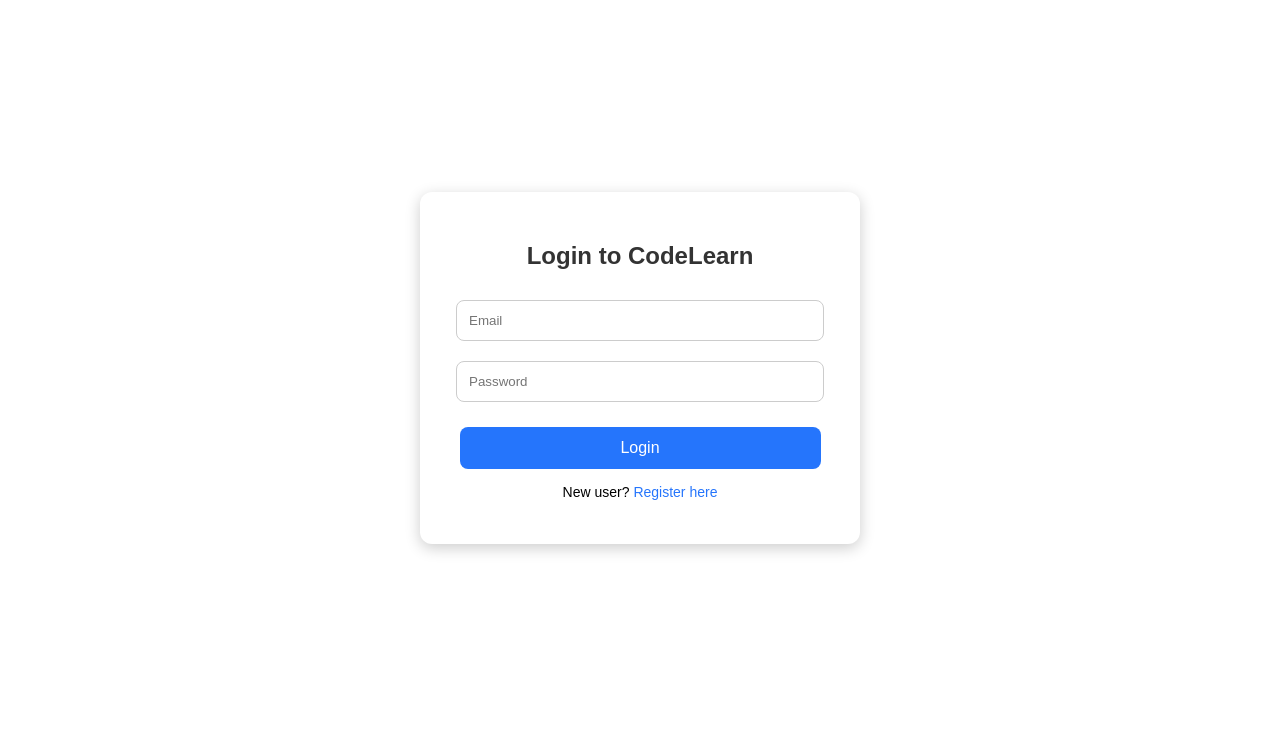
Repository: Aditisoni26/codeLearn
Page: index.html
An editor plug-in stored every save of this project. The page is shown before and after the next save, followed by the edit.
The browser window is 1280 px wide. The pictures show the whole page.

Above is the page before, as saved 2025-10-27 18:59:07.

After the next save:
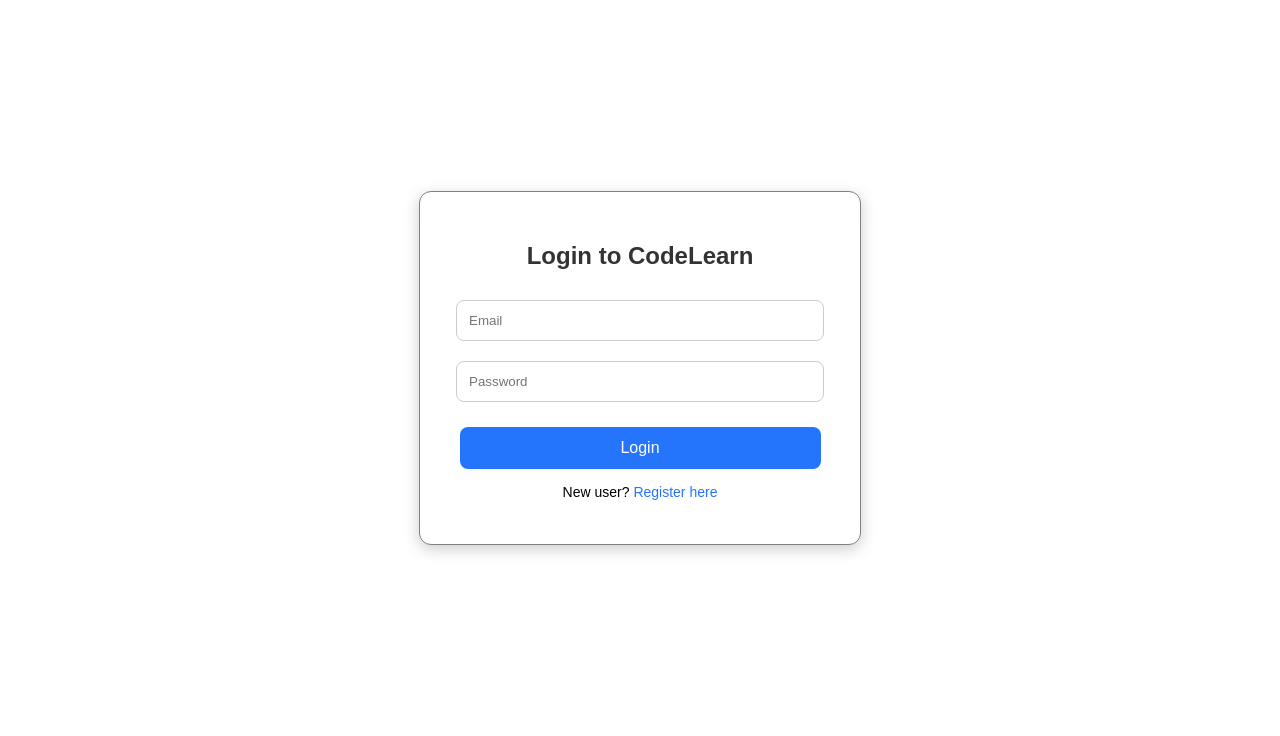
Saved 7 s later.
--- a/index.html
+++ b/index.html
@@ -21,7 +21,7 @@
             padding: 30px;
             border-radius: 12px;
             box-shadow: 0 4px 15px rgba(0.2, 0.2, 0.2, 0.2);
-            border: ;
+            border: 1px solid gray;
             text-align: center;
             transition: 0.3s ease;
         }
